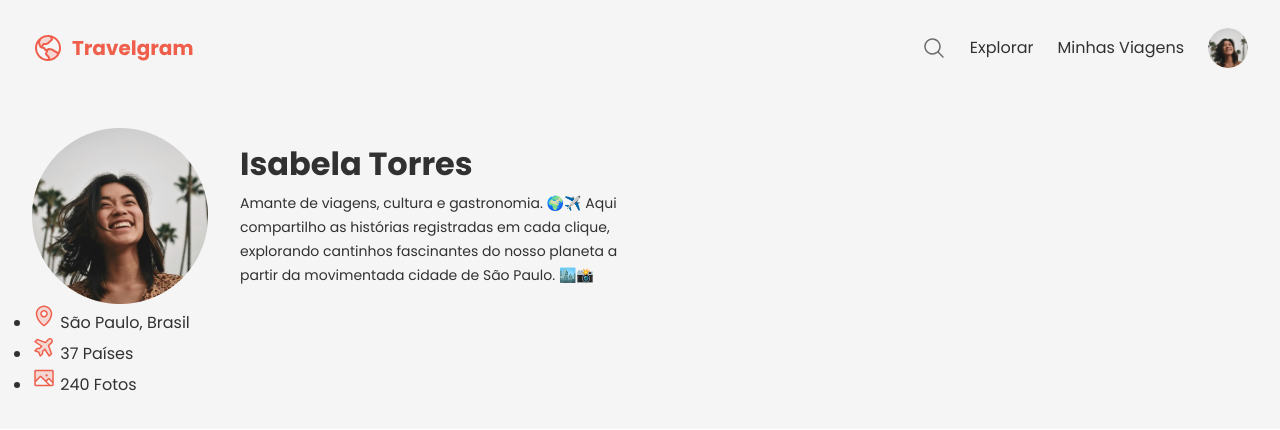
Repository: AbiezerSidonioJoseOdanacaJunior/projeto-travelgram
Page: index.html
The author's editor kept a copy of each file at every save. The page is drawn from the files as they stood at one save, then again after the next save.
The browser window is 1280 px wide. The pictures show the whole page.
Some web fonts or font styles are not loaded; a fallback is used.

Above is the page before, as saved 2024-11-12 17:59:15.

After the next save:
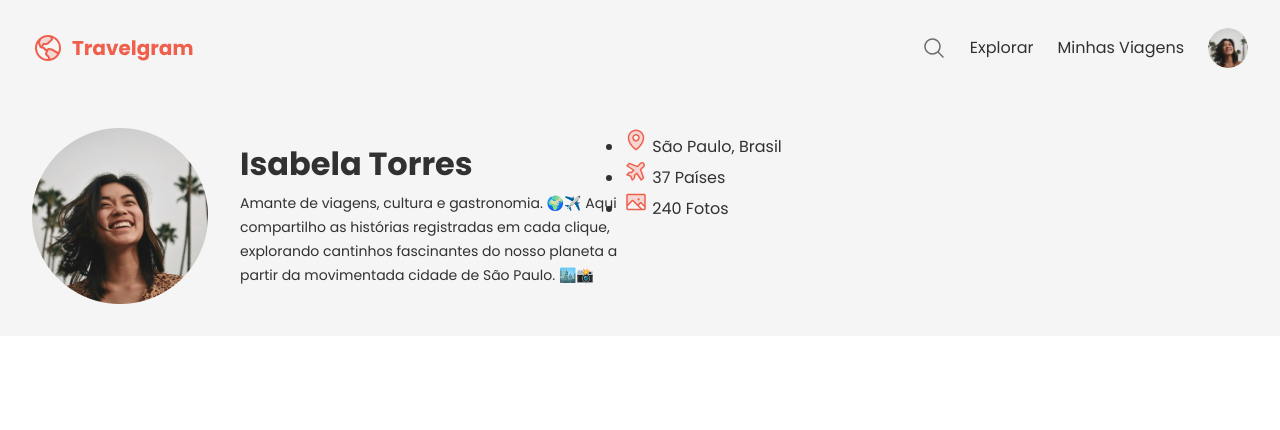
Saved 69 s later.
--- a/styles/header.css
+++ b/styles/header.css
@@ -1,5 +1,9 @@
 header {
     padding-block: 32px;
+}
+
+header .container{
+    display: flex;
 }
 
 #profile {
